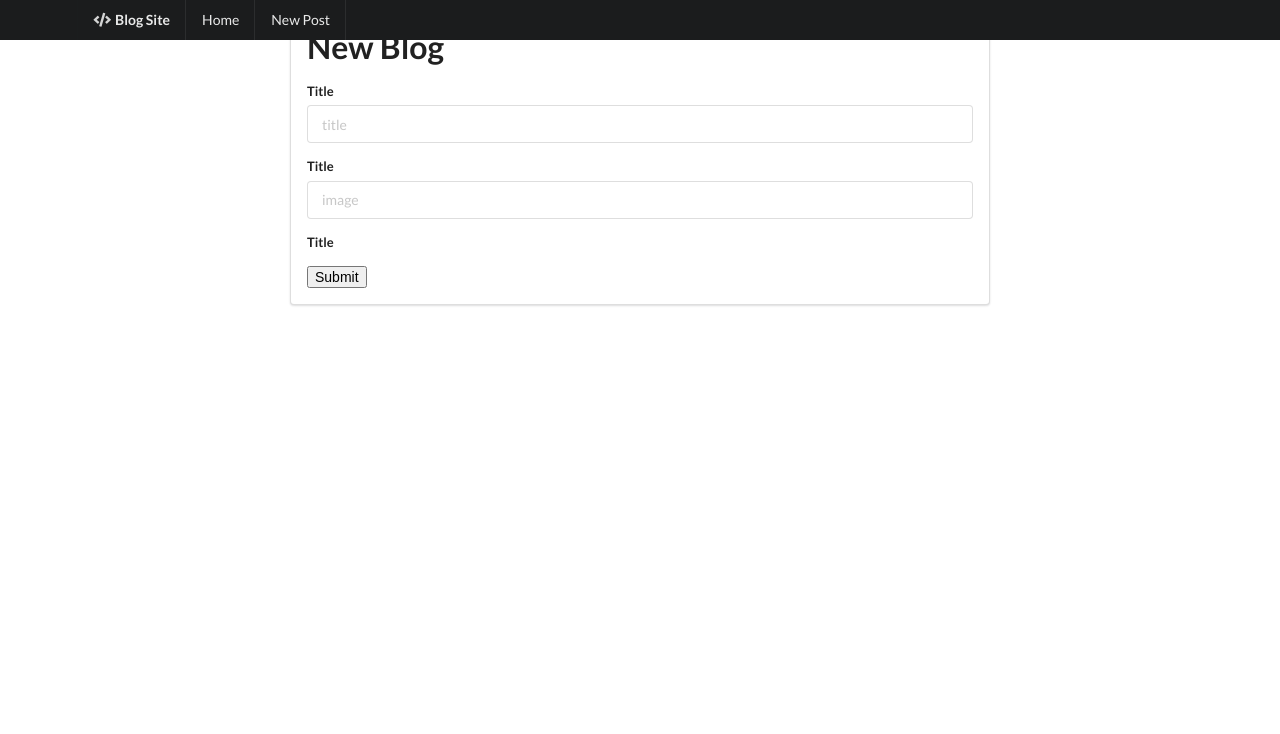
Repository: demioke/web-development-bootcamp
Page: http://localhost/blogs/new
The author's editor kept a record of every edit. The page is drawn from the files as they stood at one moment, then again after the next edit.
The browser window is 1280 px wide. The pictures show the whole page.
Some web libraries are served in a nearby version. The page is served by the project's Node server (RESTful_Routing/RESTfulBlogApp/app.js).

Above is the page before.

### RESTful_Routing/RESTfulBlogApp/views/new.ejs
<% include ./partials/header.ejs %>

<div class="ui main text container segment">
    <div class="ui huge header">New Blog</div>
    <form class="ui form" action="/blogs" method="POST">
        <div class="field">
            <label>Title</label>
            <input type="text" name="blog[title]" placeholder="title">
        </div>
        <div class="field">
            <label>Title</label>
            <input type="text" name="blog[image]" placeholder="image">
        </div>
        <div class="field">
            <label>Title</label>
        </div>



        <input type="submit">
    </form>
</div>

<% include ./partials/footer.ejs %>

<!--<input type="text" name="blog[title]">-->
<!--What this will do is, instead of making the value for title available directly -->
<!--from req.body.title it will put it inside of an object, like so: req.body.blog.title-->
<!--same goes for "blog[image]" and name="blog[body]".-->
<!--Now all of the values from the inputs in the form get added into one object (req.body.blog) -->
<!--and you can easily input that data into the database simply by passing in req.body.blog to Blog.create()-->

### RESTful_Routing/RESTfulBlogApp/views/partials/header.ejs
<!DOCTYPE html>
<html>
    <head>
        <title>Blog App</title>
        <link rel="stylesheet" type="text/css" href="https://cdnjs.cloudflare.com/ajax/libs/semantic-ui/2.3.2/semantic.min.css">
        <link rel="stylesheet" type="text/css" href="/stylesheets/app.css">
    </head>
    <body>
        <div class="ui fixed inverted menu">
            <div class="ui container">
                <div class="header item"><i class="code icon"></i> Blog Site</div>
                <a href="/" class="item">Home</a>
                <a href="/blogs/new" class="item">New Post</a>
            </div>
        </div>

### RESTful_Routing/RESTfulBlogApp/app.js
var express = require("express");
var app = express();
var bodyParser = require("body-parser");
var mongoose = require("mongoose");
var methodOverride = require("method-override");
var expressSanitizer = require("express-sanitizer");

// APP CONFIG
mongoose.connect("mongodb://localhost/restful_blog_app");
app.set("view engine", "ejs");
app.use(express.static("public")); // allows us to serve custo stylesheets saved in this directory
app.use(bodyParser.urlencoded({extended: true}));
app.use(expressSanitizer()); //has to come after body-parser. allows us to prevent users from entering script tags int htmls
app.use(methodOverride("_method")); // looks for _method in urls to enable html to make PUT and DELETE requests


// MONGOOSE/MODEL CONFIG
var blogSchema = new mongoose.Schema({
    title: String,
    image: String,
    body: String,
    created: {type: Date, default: Date.now} //the date the object i.e. the blog was created. default variable can be used in other obj variabls as used here
});
var Blog = mongoose.model("Blog", blogSchema);

// RESTFUL ROUTES

app.get("/", function(req, res) {
    res.redirect("/blogs");
});

// INDEX ROUTE
app.get("/blogs", function(req, res) {
    Blog.find({}, function(err, blogs) { // find all blogs in DB: "blogs"
        if(err) {
            console.log("ERROR");
        }
        else {
            res.render("index", {blogs: blogs}); // pass all blogs to ejs as "blogs"
        }
    });
});

// NEW ROUTE
app.get("/blogs/new", function(req, res) {
   res.render("new");
});

// CREATE ROUTE
app.post("/blogs", function(req, res) {
    // create blog
    console.log(req.body.blog.body);
    req.body.blog.body = req.sanitize(req.body.blog.body); //sanitizes body of blog
    console.log("=====================");
    console.log(req.body.blog.body);
    Blog.create(req.body.blog, function(err, newBlog) {
        if(err) {
            res.render("new");
        }
        else { // redirect to the index
            res.redirect("/blogs");
        }
    });
});

// SHOW ROUTE
app.get("/blogs/:id", function(req, res) {
    Blog.findById(req.params.id, function(err, foundBlog) {
        if(err) {
            res.redirect("/blogs");
        }
        else {
            res.render("show", {blog: foundBlog});
        }
    });
});

// EDIT ROUTE
app.get("/blogs/:id/edit", function(req, res) {
    Blog.findById(req.params.id, function(err, foundBlog) {
        if(err) {
            res.redirect("/blogs");
        }
        else {
            res.render("edit", {blog: foundBlog});
        }
    });
});

// UPDATE ROUTE
app.put("/blogs/:id", function(req, res) {
    req.body.blog.body = req.sanitize(req.body.blog.body); //sanitizes body of blog
    Blog.findByIdAndUpdate(req.params.id, req.body.blog, function(err, updatedBlog) { // 2nd parameter of fn is the new updated data
        if(err) {
            res.redirect("/blogs");
        }
        else {
            res.redirect("/blogs/" + req.params.id) // redirects back to show page with updated blog
        }
    });
});

// DELETE ROUTE
app.delete("/blogs/:id", function(req, res) {
    //destroy blog
    Blog.findByIdAndRemove(req.params.id, function(err) { // callback fn only takes err argument as blog data may be deleted
        if(err) {
            res.redirect("/blogs");
        }
        else {
            res.redirect("/blogs");
        }
    });
    //redirect somewhere
});

app.listen(process.env.PORT, process.env.IP, function() {
    console.log("SERVER IS RUNNING");
});

### RESTful_Routing/RESTfulBlogApp/public/stylesheets/app.css
i .icon {
    font-size: 4em;
}

Loaded but not shown: RESTful_Routing/RESTfulBlogApp/views/partials/footer.ejs (common file)

After the next edit:
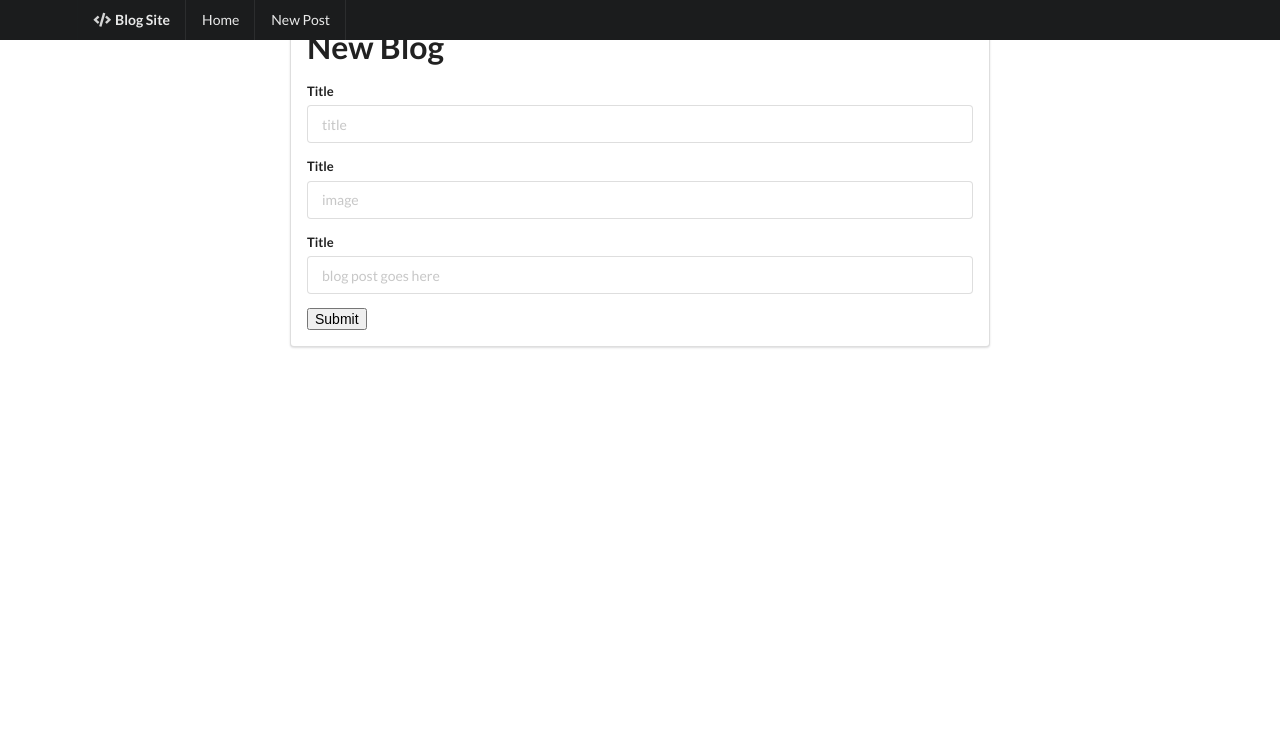
The edit:
--- a/RESTful_Routing/RESTfulBlogApp/views/new.ejs
+++ b/RESTful_Routing/RESTfulBlogApp/views/new.ejs
@@ -13,6 +13,7 @@
         </div>
         <div class="field">
             <label>Title</label>
+            <input type="text" name="blog[body]" placeholder="blog post goes here">
         </div>
 
 
